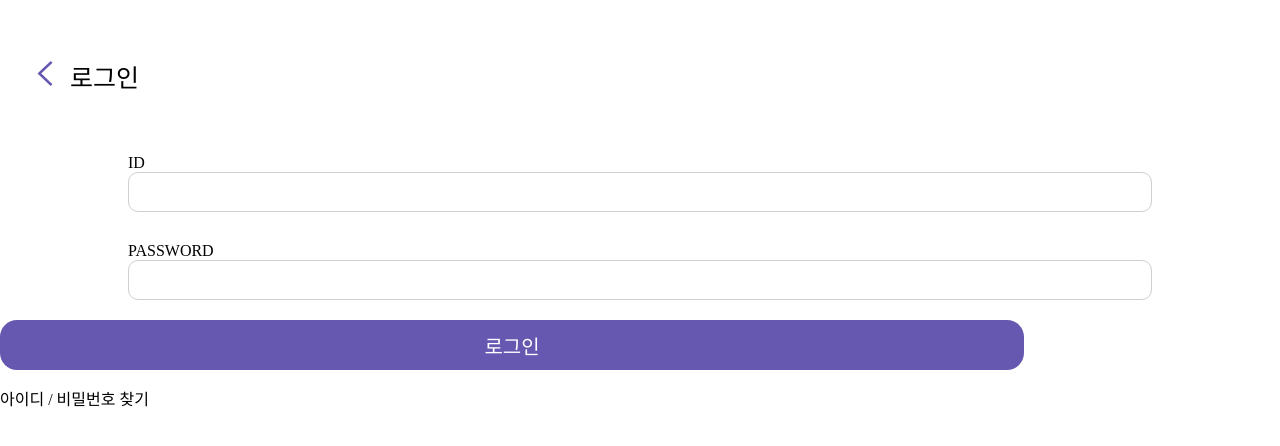
Repository: PEPI-dev/UI
Page: login/login.html
The author's editor kept a copy of each file at every save. The page is drawn from the files as they stood at one save, then again after the next save.
The browser window is 1280 px wide. The pictures show the whole page.
Some web fonts or font styles are not loaded; a fallback is used.

Above is the page before, as saved 2023-12-05 15:41:39.

### login/login.html
<!DOCTYPE html>
<html lang="en">
<head>
    <meta charset="UTF-8">
    <meta name="viewport" content="width=device-width, initial-scale=1.0">
    <title>Login</title>
    <link rel="stylesheet" href="../userFrame.css">
    <link rel="stylesheet" href="../login/login.css">
    <link rel ="stylesheet" type="text/css" href="../a_XEIcon-2.2.0/xeicon.min.css">
</head>
<body>

    <header>
        <i class="xi-angle-left"></i>
        <span class="title">로그인</span>
    </header>

    <div id="container">
    <form action="#">
        <div class="input_form"><label for="ID" class="txt_input">ID</label><input class="search" id="ID" type="text"></input></div>

        <div class="input_form"><label for="password" class="txt_input">PASSWORD</label><input class="search" id="password" type="password" ></input></div>

        <button class="purple button">로그인</button>

        <p id="find_id">아이디 / 비밀번호 찾기</p>
    </form>
    </div>

</body>
</html>

### userFrame.css
/*색상*/
.purple {
    background-color: #6658B1;
}

.gold {
    background-color: #EF9E3E;
}

.yellow {
    background-color: #F6C080;
}

/*폰트 -> 이거만 사용, 이미 적용시켜놨어용*/
@font-face {
    font-family: 'Pretendard-Regular';
    src: url('https://cdn.jsdelivr.net/gh/Project-Noonnu/noonfonts_2107@1.1/Pretendard-Regular.woff') format('woff');
    font-weight: 400;
    font-style: normal;
}

* {
    font-family: 'Pretendard-Regular';
}
/*기본 설정*/
html {
    font-size: 16px;
    box-sizing: border-box;
}

body, header{
    width: 100%;
    font-size: 1rem;
    margin: 0;
    padding: 0;
    box-sizing: border-box;
}

/*뒤로가기 버튼*/

header {
    padding: 30px;
    padding-top: 50px;
    display: flex;
    font-size: 30px;
    font-weight: 500;
    margin-top: 8px;
}

.xi-angle-left {
    color: #6658B1;
    font-size: 30px;
}

.title{
    font-size: 25px;
    margin-left: 10px;
}



.container{
    width: 80%;
    margin: auto;
    padding: 0;
    box-sizing: border-box;
}
/*검색창, 입력창*/
.search {
    border: 1px solid #d1d0d0;
    border-radius: 10px;
    width: 100%;
    height: 40px;
    padding: 5px 20px;
    box-sizing: border-box;
}


.button {
    color: white;
    font-size: 20px;
    font-weight: 500;
    border-radius: 17px;
    border: 0px;
    width: 100%;
    height: 50px;
    margin-top: 50px;
}

footer {
    height: 60px;
}

### login/login.css
.button{
    width: 80%;
    margin-top: 20px;
    margin-left: auto;
}

.input_form{
    padding-top: 30px;
    width: 80%;
    margin: auto;
}

Loaded but not shown: a_XEIcon-2.2.0/xeicon.min.css (library)

After the next save:
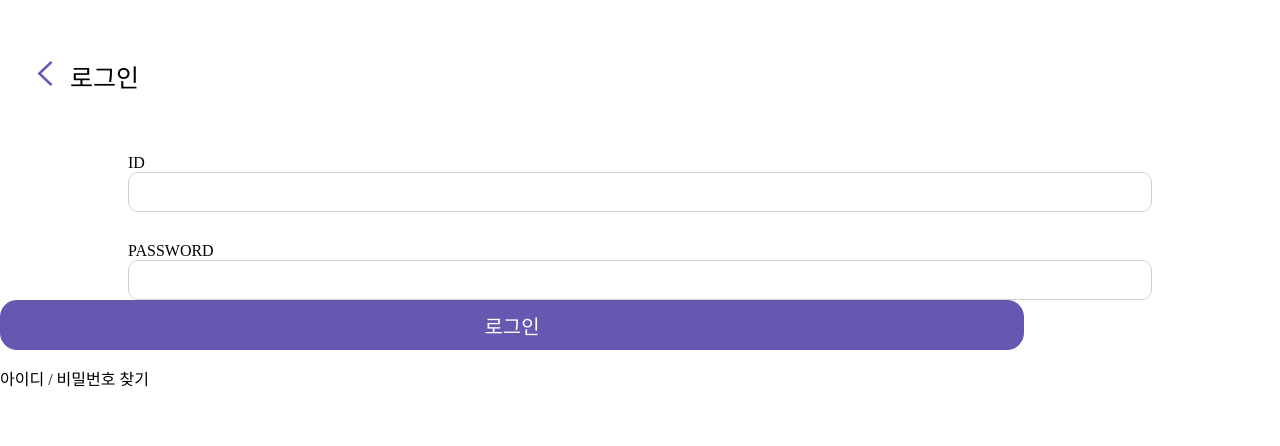
Saved 42 s later.
--- a/login/login.css
+++ b/login/login.css
@@ -1,7 +1,7 @@
 .button{
     width: 80%;
     margin-top: 20px;
-    margin-left: auto;
+    margin: auto;
 }
 
 .input_form{
